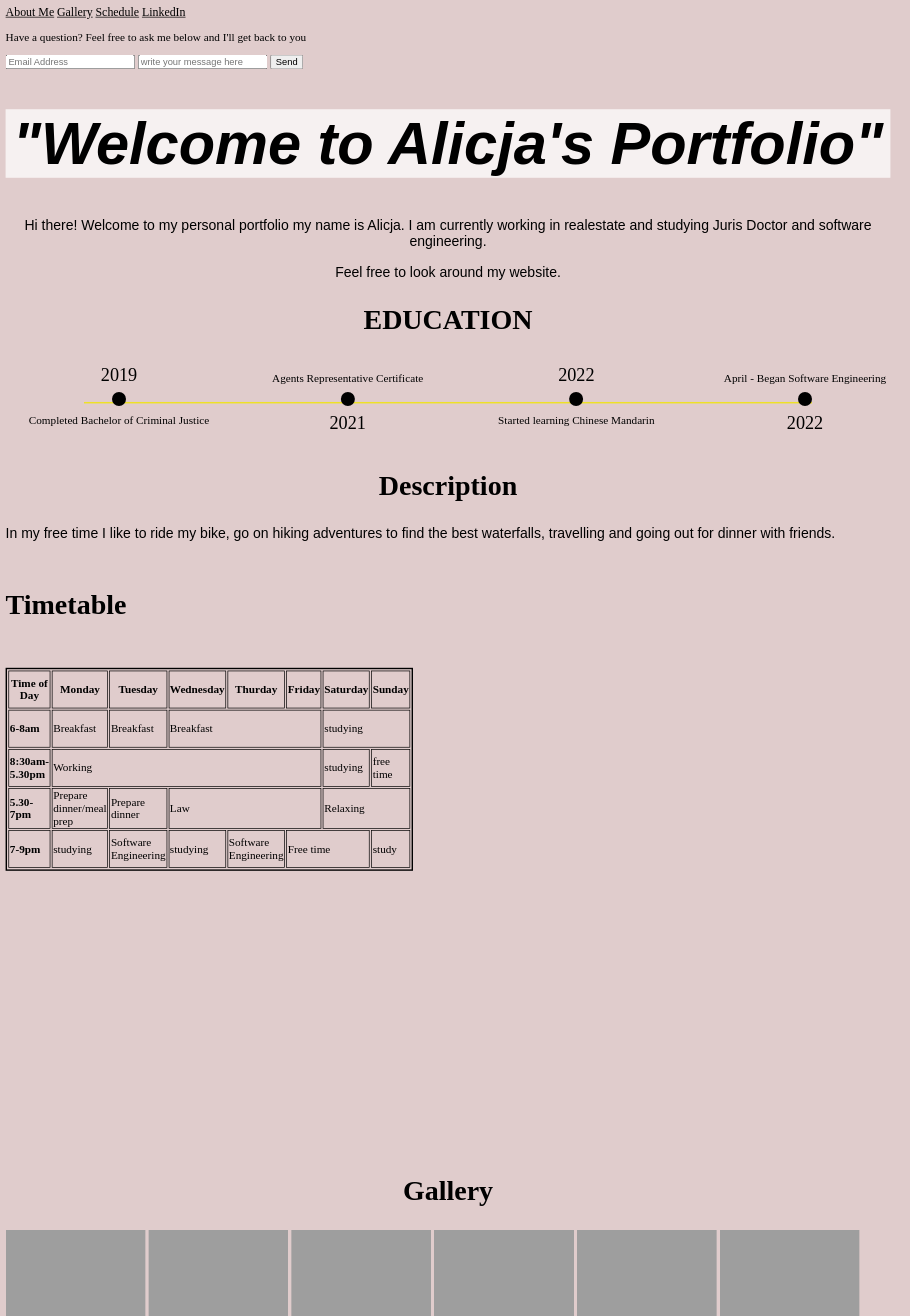
Repository: alicjasapieja/example-repository
Page: my-first-website/index.html
These files come from the project's save history. The page is drawn as it stood at one moment and after the next save; the edit follows.
The browser window is 1280 px wide. The page is 1300 px wide, so the pictures cover 1300 px, including what lies to the right of the window. The pictures show the part of the page from y = 0 to 1880 px (the page is 2543 px tall), at 70% of full size.
Pictures or frames that could not be fetched are drawn as grey boxes.

Above is the page before, as saved 2022-05-15 11:58:43.

### my-first-website/index.html
<!DOCTYPE html>
<html lang="en">

      <style>
             table, th, td {
            border: 1px solid black;
            width: 100px;
            height: 50px;
         }
      </style>
    <link rel="stylesheet" href="style.css">
    <title>My portfolio Website</title>
    <div class="topnav">
        <a href="#intro">About Me</a>
        <a href="#gallery">Gallery</a>
        <a href="#contact">Schedule</a>
        <a href="https://www.linkedin.com/in/alicja-sapieja-1264b0187/"> LinkedIn</a>
    </div>
  </head>
  <body><head>
    <p> Have a question? Feel free to ask me below and I'll get back to you </p>
    <form action="https://formsubmit.co/alicjasapieja1@gmail.com" method="POST">
    <input type="hidden" name="_subject" value="New submission Woo!">
    <input type="email" name="email" placeholder="Email Address"required>
    <input type="hidden" name="_next" value="https://alicja-sapieja.com/pages/thankyou.html">
    <input type="text" name="name" placeholder="write your message here "required>


    <button type="submit">Send</button>
  </form>




    <div id="intro">
        <h1>"Welcome to Alicja's Portfolio"</h1>
        <p>Hi there! Welcome to my personal portfolio my name is Alicja. I am currently working in realestate and studying Juris Doctor and software engineering.</p>
        <p> Feel free to look around my website.</p>
    </div>
    <div id="details">
        <h2 id="Career"> EDUCATION </h2>
        <ul class="timeline">
            <li data-year="2019" data-text="Completed Bachelor of Criminal Justice"></li>
            <li data-year="2021" data-text="Agents Representative Certificate"></li>
            <li data-year="2022" data-text="Started learning Chinese Mandarin"></li>
            <li data-year="2022" data-text="April - Began Software Engineering"></li>
        </ul>

        <div id="HOBBIES">
            <h2>Description</h2>

            <p>In my free time I like to ride my bike, go on hiking adventures to find the best waterfalls, travelling and going out for dinner with friends.</p>

          <style>


table {

  margin-left: auto;
  margin-right: auto;

}

          </style>
          <table>
            <tr>
                <th style="width: 12.5%">Time of Day</th>
                <th style="width: 12.5%">Monday</th>
                <th style="width: 12.5%">Tuesday</th>
                <th style="width: 12.5%">Wednesday</th>
                <th style="width: 12.5%">Thurday</th>
                <th style="width: 12.5%">Friday</th>
                <th style="width: 12.5%">Saturday</th>
                <th style="width: 12.5%">Sunday</th>
            </tr>
               <h5 id= "Timetable-title">Timetable</h5>
                <tr>
                <td class="time"> 6-8am</td>
                <td>Breakfast</td>
                <td>Breakfast</td>
                <td colspan="3">Breakfast</td>
                <td colspan="2">studying</td>
            </tr>
            </div>
            <tr>
                <td class="time">8:30am-5.30pm</td>
                <td colspan="5">Working</td>
                <td>studying</td>
                <td>free time</td>
            </tr>
            <tr>
                <td class="time">5.30-7pm</td>
                <td>Prepare dinner/meal prep</td>
                <td>Prepare dinner</td>
                <td colspan="3">Law</td>
                <td colspan="2">Relaxing</td>
            </tr>
            <tr>
                <td class="time"> 7-9pm</td>
                <td>studying</td>
                <td>Software Engineering</td>
                <td>studying</td>
                <td>Software Engineering</td>
                <td colspan="2">Free time</td>
                <td>study</td>
            </tr>
        </table>



    <div id="gallery">
        <h2>Gallery</h2>
            <img src="img/beachsunset.JPG" alt="sunset on beach" title="summer">
            <img src="img/bikeriding.JPEG" alt="bikeriding" title="bike riding">
            <img src="img/oceanroad.JPG" alt="Road trip" title="Roadtrips">
            <img src="img/waterfallme.PNG" alt="waterfall" title="waterfalls">
            <img src="img/nobu.JPG" alt="nobu" title="Dinner at Nobu">
            <img src="img/darwinsunset.JPG" alt="darwinsunset" title="sunset">
            <img src="img/fishing.JPG" alt="fishingrod" title="fishing">
            <img src="img/drinkwatermelon.JPG" alt="watermelondrink" title="tetsujin">
            <img src="img/bia.JPG" alt="bia" title="BIA">
            <img src="img/bigwaterfall.JPG" alt="bigwaterfall" title="waterfall">
            <img src="img/paris.JPG" alt="paris" title="travel in paris">
            <img src="img/foodpool.JPG" alt="food" title="lunch">


  </body>

      <h3 id="Enquiry">Contact</h3>
      <form>
        <input type="text" name="name" placeholder="Full Name"> <br>
        <input type="text" name="email" placeholder="Email Address"> <br>
        <input type="text-box" name="reason" placeholder="how can I help you"> <br>
        <input type="submit" name="submit" value="Submit">
    </form>




</html>

### my-first-website/style.css
.topnav {
  background-color: rgba(209, 212, 114, 0);
  display: block;
}

.topnav a {
  color: rgb(0, 0, 0);
  font-size: 17px;
  display: inline-block;
}

.topnav a:hover {
  color: black;
}

h1 {
  font-family:'arial';
  font-size: 85px;
  font-style:oblique;
  text-align: center;
  background-color: #ffffffb8;
}





#intro p {
  font-family: Arial;
  font-size: 20px;
  text-align: center;
  background-color: rgba(87, 87, 87, 0);
}

h2 {
  font-family: 'Lucinda Sans';
  font-size: 40px;
  text-align: center;
  font-style:normal;

}


#details p {
  font-family: Arial, Helvetica, sans-serif;
  font-size: 20px;
}
body {
  background: rgb(224, 204, 204);
  background-image: url();
}


h5 {
  text-align: right
  font-family: 'Lucinda Sans';
  font-size: 40px;
  font-style:normal;

}

h8 {
  text-align: right;
  font-family: 'Lucinda Sans';
  font-size: 40px;
  font-style:normal;
}

table {
  border-width: 2px;
  border-color: black;
  margin-right: 250px;
}

.time {
  font-weight: bold;
}

img {
  width: 200px;
  height: 300px;
}

.largerimg {
  width: 400px;
  height: 300px;
}

h3 {
  font-family: 'Lucinda Sans';
  font-size: 30px;
  color: rgb(0, 0, 0);

}

.timeline {
  width:1000px;
  height: 30px;
  list-style: none;
  text-align: justify;
  margin: 80px auto;
  background: linear-gradient(to bottom, rgba(127, 212, 8, 0) 0%, rgba(255,255,255,0) 45%, rgb(240, 229, 6) 51%, rgba(255,255,255,0) 57%, rgba(255,255,255,0) 100%);
}

.timeline:after {
  display: inline-block;
  content: "";
  width: 100%;
}



.timeline li {
  display: inline-block;
  width: 20px;
  height: 20px;
  background: #000000;
  text-align: center;
  line-height: 1.2;
  position: relative;
  border-radius: 50%;
}
.timeline li:before {
  display: inline-block;
  width: 200px;
  content: attr(data-year);
  font-size: 26px;
  position: absolute;
  left: 50%;
  transform: translateX(-50%);
}

.timeline li:nth-child(odd):before {
  top: -40px;
}

.timeline li:nth-child(even):before {
  bottom: -40px;
}

.timeline li:after {
  display: inline-block;
  width: 300px;
  content: attr(data-text);
  font-size: 16px;
  position: absolute;
  left: 50%;
  transform: translateX(-50%);
}

.timeline li:nth-child(odd):after {
  bottom: 0;
  margin-bottom: -10px;
  transform: translate(-50%, 100%);
}
.timeline li:nth-child(even):after {
  top: 0;
  margin-top: -10px;
  transform: translate(-50%, -100%);
}

#Hobbies {
  float:right;
  width: 500px;
  margin-left: 500px;
  position: fixed;

}

#timetable {
  float:left;
  width: 300px;
  margin-left:1000px;
}

table {
  float:left;
  margin-left: 100px;
  margin-right: 20px;
}

h4 {
  font-family: 'Lucinda Sans';
  font-size: 30px;
  text-align: center;
  font-style:normal;
}

#gallery {
  float: left;
   display: block;
   margin-top: 400px;
}

After the next save:
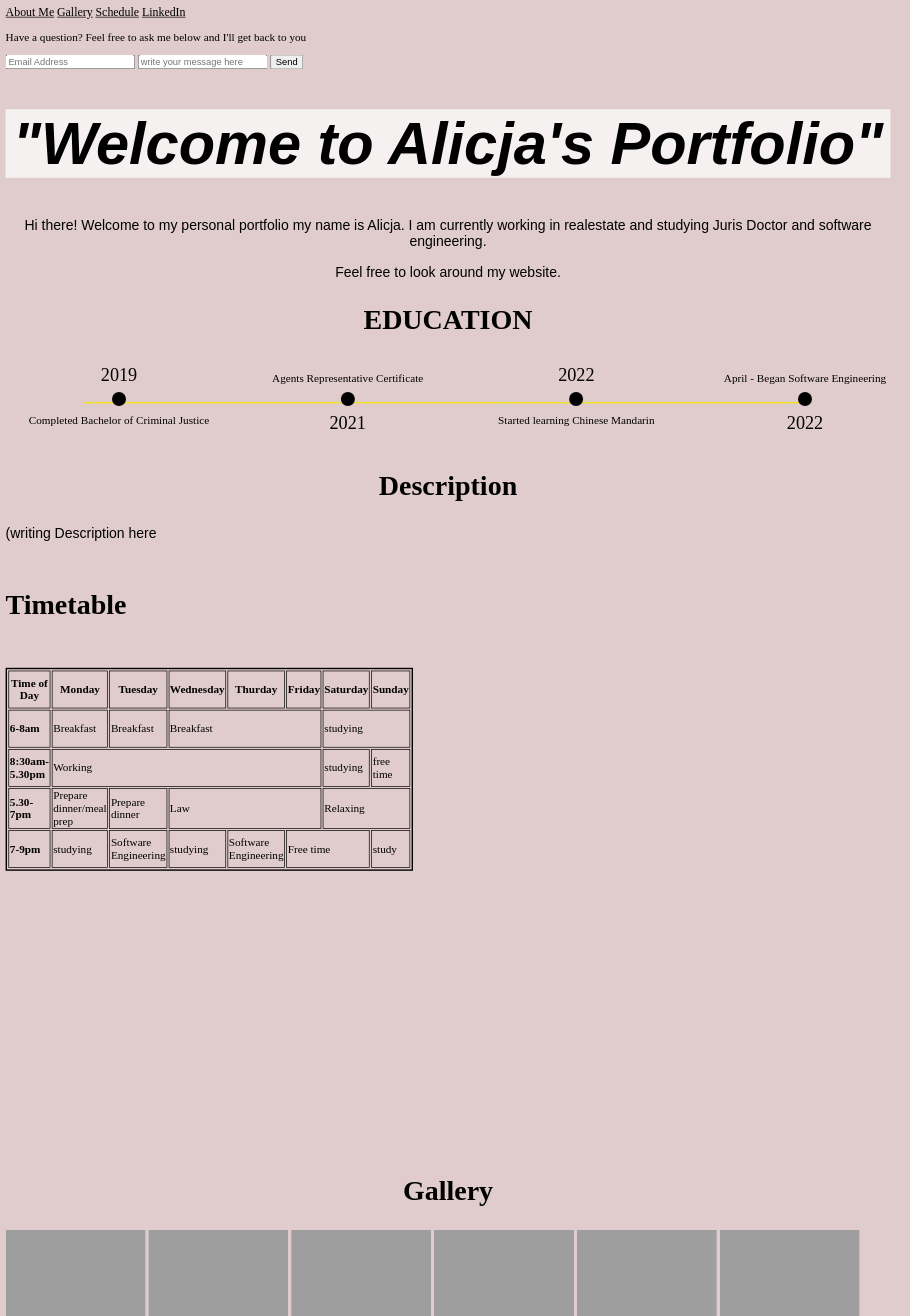
Saved 95 s later.
--- a/my-first-website/index.html
+++ b/my-first-website/index.html
@@ -46,10 +46,10 @@
             <li data-year="2022" data-text="April - Began Software Engineering"></li>
         </ul>
 
-        <div id="HOBBIES">
+        <div id="Employment">
             <h2>Description</h2>
 
-            <p>In my free time I like to ride my bike, go on hiking adventures to find the best waterfalls, travelling and going out for dinner with friends.</p>
+            <p>(writing Description here </p>
 
           <style>
 
